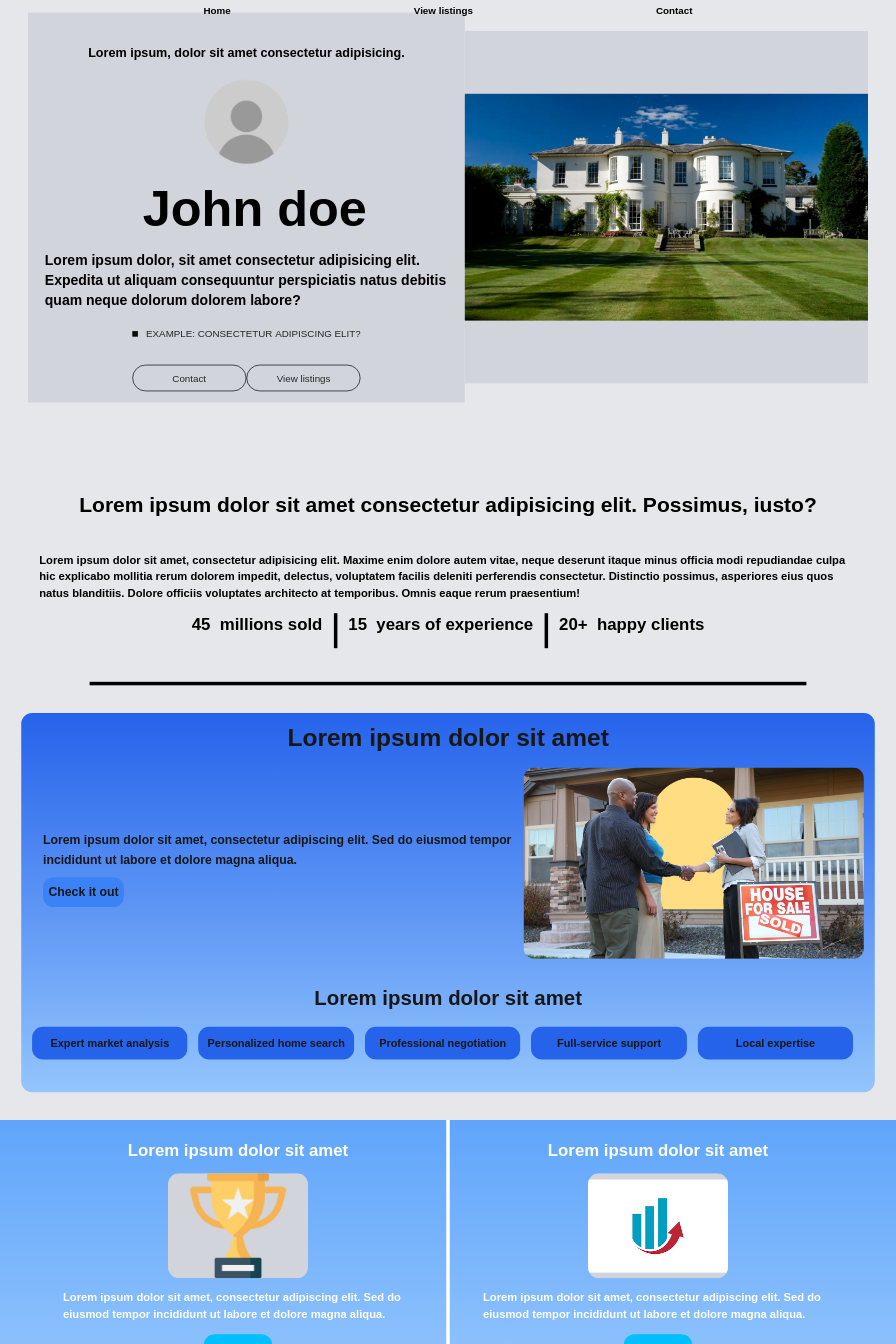
Repository: TMuse333/single-page-real-estate
Page: / (app in frontend/)
An editor plug-in stored every save of this project. The page is shown before and after the next save, followed by the edit.
The browser window is 1280 px wide. The pictures show the part of the page from y = 0 to 1920 px (the page is 6391 px tall), at 70% of full size.
The project was rebuilt for these pictures with package versions that can differ from the ones it lists, and the page was loaded fresh each time. The framework's server and built-in components were replaced by stand-ins that run in the browser. Also part of the build but not shown: frontend/next.config.mjs.

Above is the page before, as saved 2024-12-05 15:20:07.

After the next save:
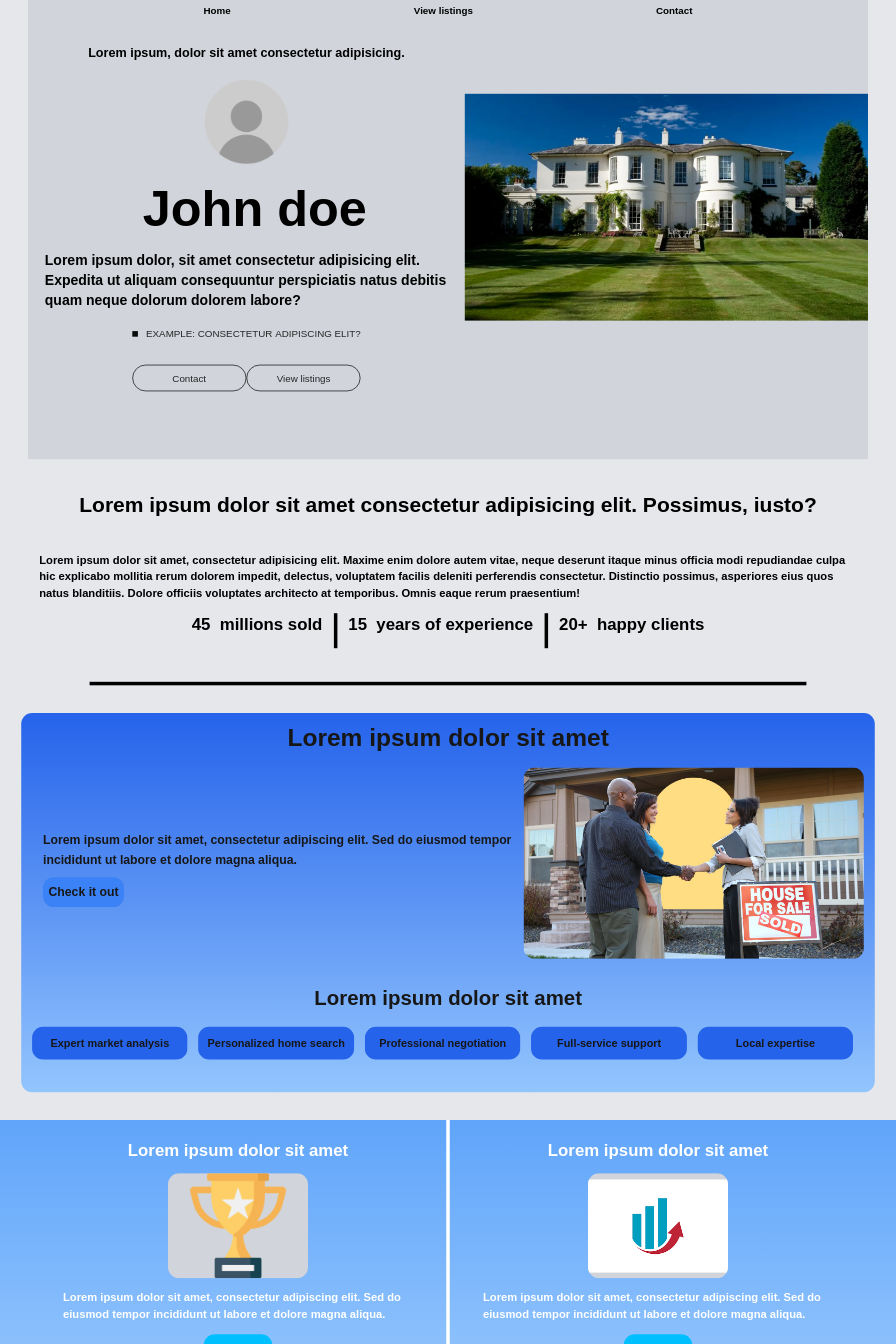
Saved 14 s later.
--- a/frontend/src/components/herobanner/herobanner.tsx
+++ b/frontend/src/components/herobanner/herobanner.tsx
@@ -15,7 +15,7 @@ const Herobanner = () => {
        <header className="flex flex-col md:flex-row
        md:h-screen relative items-center
        mx-auto max-w-[1200px] text-black
-       md:mt-[-4rem]  "
+       md:mt-[-4rem]  bg-gray-300"
     //    style={{
     //     background: 'radial-gradient(circle, #00bfff -150%, rgba(0, 191, 255, 0%) 80%)'
     //   }}
